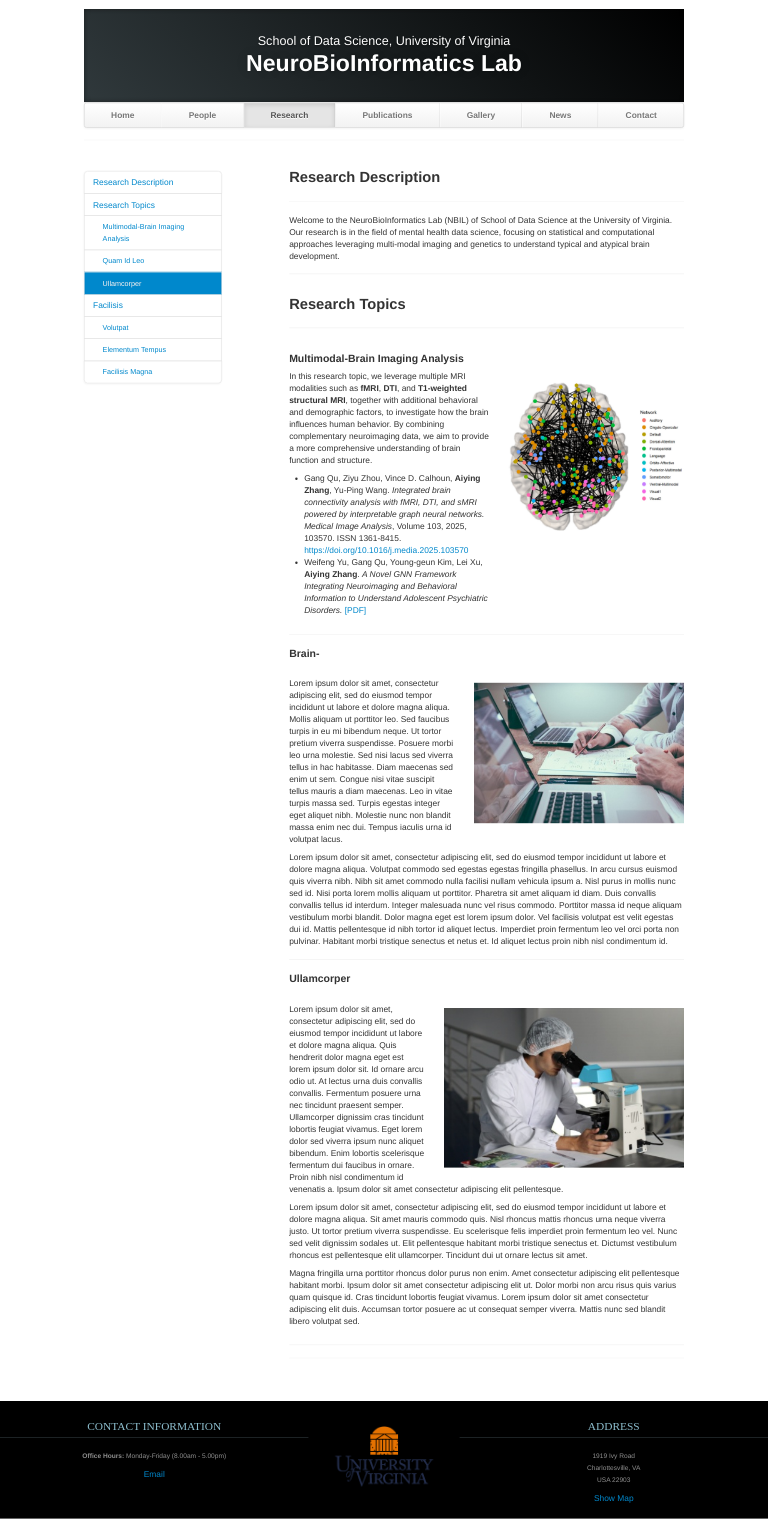
Repository: nbillab/nbillab.io
Page: research.html
An editor plug-in stored every save of this project. The page is shown before and after the next save, followed by the edit.
The browser window is 1280 px wide. The pictures show the whole page, at 60% of full size.

Above is the page before, as saved 2025-08-17 20:15:41.

### research.html
<!DOCTYPE html>
<html lang="en">
   <head>
      <meta charset="utf-8">
      <title>Research</title>
      <meta name="viewport" content="width=device-width, initial-scale=1.0">
      <meta name="description" content="Research Lab, Home, Velit Aliquet Sagittis University">
      <meta name="author" content="">
      <!-- Le styles -->
      <link href="css/bootstrap.min.css" rel="stylesheet">
      <link href="css/bootstrap-responsive.min.css" rel="stylesheet">
      <link href="css/theme.css" rel="stylesheet">
   </head>
   <body>
      <div class="container">
         <header class="jumbotron subhead" id="overview">
            <p class="lead"> School of Data Science, University of Virginia </p>
            <h1>NeuroBioInformatics Lab</h1>
         </header>
         <div class="masthead">
            <div class="navbar">
               <div class="navbar-inner">
                  <div class="container">
                     <ul class="nav">
                        <li><a href="index.html">Home</a></li>
                        <li><a href="people.html">People</a></li>
                        <li class="active"><a href="#">Research</a></li>
                        <li><a href="publications.html">Publications</a></li>
                        <li><a href="gallery.html">Gallery</a></li>
                        <li><a href="news.html">News</a></li>
                        <li><a href="contact.html">Contact</a></li>
                     </ul>
                  </div>
               </div>
            </div>
         </div>
         <hr>
         <div class="row-fluid">
            <div class="span3 bs-docs-sidebar" id="navparent">
               <ul class="nav nav-list bs-docs-sidenav" data-spy="affix" data-offset-top="200" data-offset-bottom="260">
                  <li><a href="#statemet"> Research Description </a></li>
                  <li><a href="#nano"> Research Topics </a></li>
                  <li><a class="subhead" href="#Penatibus"> Multimodal-Brain Imaging Analysis </a></li>
                  <li><a class="subhead" href="#QuamIdLeo"> Quam Id Leo  </a></li>
                  <li><a class="subhead" href="#Ullamcorper"> Ullamcorper </a></li>
                  <li><a href="#Facilisis">Facilisis</a></li>
                  <li><a class="subhead" href="#Volutpat"> Volutpat </a></li>
                  <li><a class="subhead" href="#ElementumTempus"> Elementum Tempus </a></li>
                  <li><a class="subhead" href="#FacilisisMagna"> Facilisis Magna </a></li>
               </ul>
            </div>
            <div class="span8 offset1">
               <section id="statemet">
                  <div class="page-header">
                     <h3>Research Description</h3>
                     <hr>
                     <p>Welcome to the NeuroBioInformatics Lab (NBIL) of School of Data Science at the University of Virginia.
                        Our research is in the field of mental health data science, focusing on statistical and computational approaches leveraging multi-modal imaging and genetics to understand typical and atypical brain development.
                     </p>
                  </div>
               </section>
               <section id="nano">
                  <div class="page-header">
                     <h3>Research Topics</h3>
                  </div>
                  <div class="row-fluid">
                     <div class="span12">
                     <section id="Penatibus">
                     <h4>Multimodal-Brain Imaging Analysis</h4>
                     <div style="display: flex; align-items: flex-start; gap: 20px;">
                        <div style="flex: 1;">
                           <p>
                           In this research topic, we leverage multiple MRI modalities such as
                           <strong>fMRI</strong>, <strong>DTI</strong>, and <strong>T1-weighted structural MRI</strong>,
                           together with additional behavioral and demographic factors, to investigate how the brain
                           influences human behavior. By combining complementary neuroimaging data, we aim to
                           provide a more comprehensive understanding of brain function and structure.
                           </p>
                           <ul>
                           <li>
                              Gang Qu, Ziyu Zhou, Vince D. Calhoun,
                              <strong>Aiying Zhang</strong>, Yu-Ping Wang.
                              <em>Integrated brain connectivity analysis with fMRI, DTI, and sMRI powered by interpretable graph neural networks.</em>
                              <i>Medical Image Analysis</i>, Volume 103, 2025, 103570.
                              ISSN 1361-8415.
                              <a href="https://doi.org/10.1016/j.media.2025.103570" target="_blank">https://doi.org/10.1016/j.media.2025.103570</a>
                           </li>
                           <li>
                              Weifeng Yu, Gang Qu, Young-geun Kim, Lei Xu, <strong>Aiying Zhang</strong>.
                              <em>A Novel GNN Framework Integrating Neuroimaging and Behavioral Information to Understand Adolescent Psychiatric Disorders.</em>
                              <a href="https://openreview.net/pdf?id=Yjv27GWb3n" target="_blank">[PDF]</a>
                           </li>
                           </ul>
                        </div>
                        <div style="flex: 0 0 300px;">
                           <img src="images/brain_conn.png" alt="Multimodal Brain Imaging" style="max-width:100%; height:auto;">
                        </div>
                     </div>
                     </section>
                        <hr>
                        <section id="QuamIdLeo">
                           <h4>Brain-</h4>
                           <br/>
                           <img src="images/brainstorming-paper.jpg" class="float-right" alt="Quam Id Leo"/>
                           <p>
                              Lorem ipsum dolor sit amet, consectetur adipiscing elit, sed do eiusmod
                              tempor incididunt ut labore et dolore magna aliqua. Mollis aliquam ut
                              porttitor leo. Sed faucibus turpis in eu mi bibendum neque. Ut tortor
                              pretium viverra suspendisse. Posuere morbi leo urna molestie. Sed nisi
                              lacus sed viverra tellus in hac habitasse. Diam maecenas sed enim ut sem.
                              Congue nisi vitae suscipit tellus mauris a diam maecenas. Leo in vitae
                              turpis massa sed. Turpis egestas integer eget aliquet nibh. Molestie
                              nunc non blandit massa enim nec dui. Tempus iaculis urna id volutpat lacus.
                           </p>
                           <p>
                              Lorem ipsum dolor sit amet, consectetur adipiscing elit, sed do eiusmod
                              tempor incididunt ut labore et dolore magna aliqua. Volutpat commodo sed
                              egestas egestas fringilla phasellus. In arcu cursus euismod quis viverra
                              nibh. Nibh sit amet commodo nulla facilisi nullam vehicula ipsum a. Nisl
                              purus in mollis nunc sed id. Nisi porta lorem mollis aliquam ut porttitor.
                              Pharetra sit amet aliquam id diam. Duis convallis convallis tellus id
                              interdum. Integer malesuada nunc vel risus commodo. Porttitor massa id
                              neque aliquam vestibulum morbi blandit. Dolor magna eget est lorem ipsum
                              dolor. Vel facilisis volutpat est velit egestas dui id. Mattis pellentesque
                              id nibh tortor id aliquet lectus. Imperdiet proin fermentum leo vel orci
                              porta non pulvinar. Habitant morbi tristique senectus et netus et. Id aliquet
                              lectus proin nibh nisl condimentum id.
                           </p>
                        </section>
                        <hr>
                        <section id="Ullamcorper">
                           <h4>Ullamcorper</h4>
                           <br/>
                           <img src="images/man-with-microscope.jpg" class="float-right" alt="Ullamcorper"/>
                           <p>
                              Lorem ipsum dolor sit amet, consectetur adipiscing elit, sed do
                              eiusmod tempor incididunt ut labore et dolore magna aliqua. Quis
                              hendrerit dolor magna eget est lorem ipsum dolor sit. Id ornare
                              arcu odio ut. At lectus urna duis convallis convallis. Fermentum
                              posuere urna nec tincidunt praesent semper. Ullamcorper dignissim
                              cras tincidunt lobortis feugiat vivamus. Eget lorem dolor sed
                              viverra ipsum nunc aliquet bibendum. Enim lobortis scelerisque
                              fermentum dui faucibus in ornare. Proin nibh nisl condimentum id
                              venenatis a. Ipsum dolor sit amet consectetur adipiscing elit
                              pellentesque.
                           </p>
                           <p>
                              Lorem ipsum dolor sit amet, consectetur adipiscing elit, sed
                              do eiusmod tempor incididunt ut labore et dolore magna aliqua.
                              Sit amet mauris commodo quis. Nisl rhoncus mattis rhoncus urna
                              neque viverra justo. Ut tortor pretium viverra suspendisse. Eu
                              scelerisque felis imperdiet proin fermentum leo vel. Nunc sed
                              velit dignissim sodales ut. Elit pellentesque habitant morbi
                              tristique senectus et. Dictumst vestibulum rhoncus est
                              pellentesque elit ullamcorper. Tincidunt dui ut ornare lectus
                              sit amet.
                           </p>
                           <p>
                              Magna fringilla urna porttitor rhoncus dolor purus non enim.
                              Amet consectetur adipiscing elit pellentesque habitant morbi.
                              Ipsum dolor sit amet consectetur adipiscing elit ut. Dolor morbi
                              non arcu risus quis varius quam quisque id. Cras tincidunt lobortis
                              feugiat vivamus. Lorem ipsum dolor sit amet consectetur adipiscing
                              elit duis. Accumsan tortor posuere ac ut consequat semper viverra.
                              Mattis nunc sed blandit libero volutpat sed.
                           </p>
                        </section>
                     </div>
                  </div>
               </section>
               <hr>

               <hr>
            </div>
         </div>
      </div>
      <footer id="footer">
         <div class="row-fluid">
            <div class="span5">
               <h3>Contact Information</h3>
               <p><b>Office Hours: </b>Monday-Friday (8.00am - 5.00pm)</p>
               <a href="mailto:xsa5db@virginia.edu">Email</a>
            </div>
            <div class="span2 text-center">
               <a href="https://datascience.virginia.edu/">
                  <img src="images/UVA.png" alt="research-lab-logo"/>
               </a>
            </div>
            <div class="span5">
               <h3>Address</h3>
               <p>1919 Ivy Road<br>
                  Charlottesville, VA<br>
                  USA 22903
               </p>
               <a href="http://maps.google.com/">Show Map</a>
            </div>
         </div>
      </footer>


      <!-- Le javascript
         ================================================== -->
      <!-- Placed at the end of the document so the pages load faster -->
      <script src="js/jquery-1.9.1.min.js"></script>
      <script src="js/bootstrap.min.js"></script>
      <script>
         $(document).ready(function() {
             $(document.body).scrollspy({
                 target: "#navparent"
             });
         });

      </script>
   </body>
</html>

Loaded but not shown: css/bootstrap.min.css (library); css/bootstrap-responsive.min.css (library); js/jquery-1.9.1.min.js (library); js/bootstrap.min.js (library); css/theme.css (552 lines, source omitted)

After the next save:
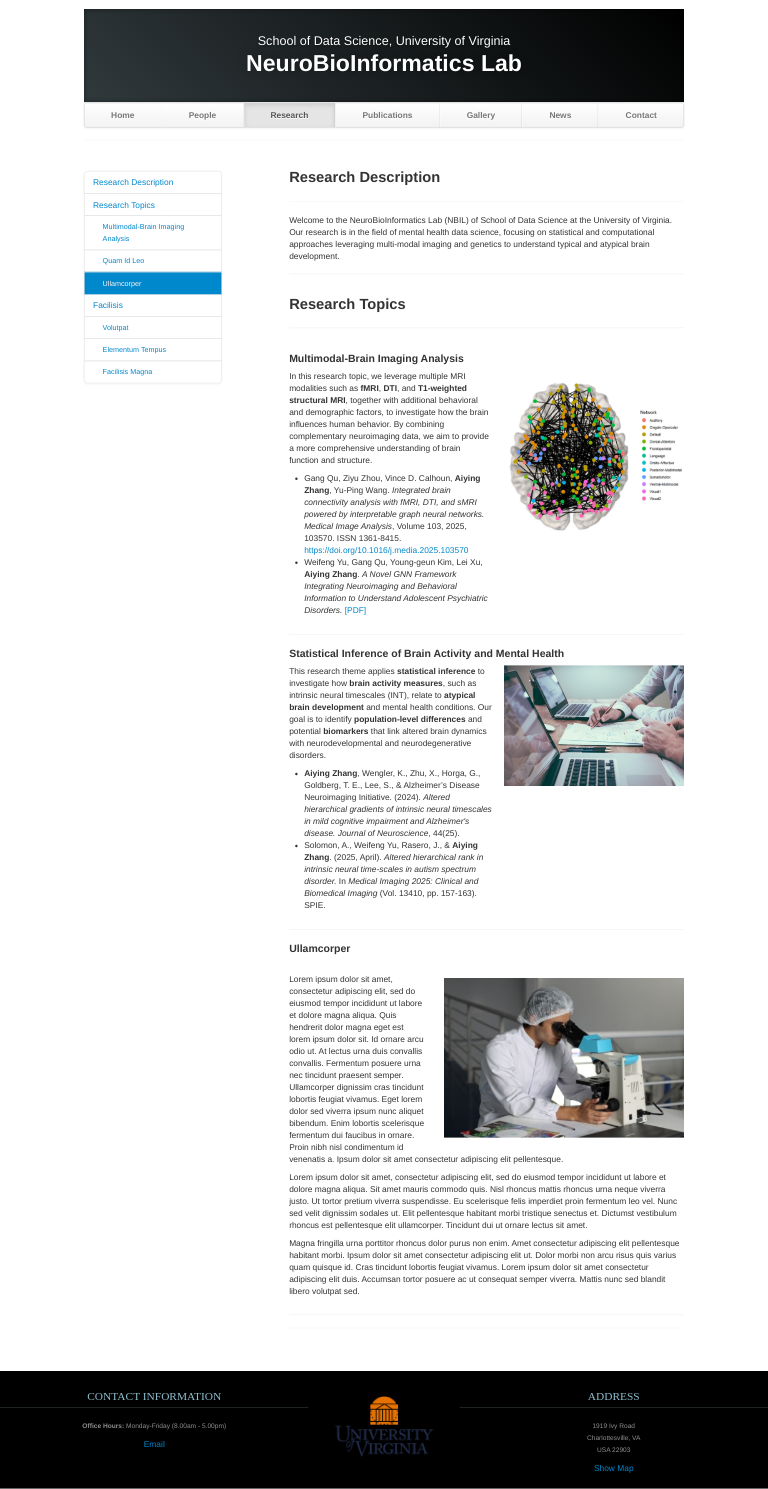
Saved 13 min 22 s later.
--- a/research.html
+++ b/research.html
@@ -98,35 +98,39 @@
                      </div>
                      </section>
                         <hr>
-                        <section id="QuamIdLeo">
-                           <h4>Brain-</h4>
-                           <br/>
-                           <img src="images/brainstorming-paper.jpg" class="float-right" alt="Quam Id Leo"/>
-                           <p>
-                              Lorem ipsum dolor sit amet, consectetur adipiscing elit, sed do eiusmod
-                              tempor incididunt ut labore et dolore magna aliqua. Mollis aliquam ut
-                              porttitor leo. Sed faucibus turpis in eu mi bibendum neque. Ut tortor
-                              pretium viverra suspendisse. Posuere morbi leo urna molestie. Sed nisi
-                              lacus sed viverra tellus in hac habitasse. Diam maecenas sed enim ut sem.
-                              Congue nisi vitae suscipit tellus mauris a diam maecenas. Leo in vitae
-                              turpis massa sed. Turpis egestas integer eget aliquet nibh. Molestie
-                              nunc non blandit massa enim nec dui. Tempus iaculis urna id volutpat lacus.
-                           </p>
-                           <p>
-                              Lorem ipsum dolor sit amet, consectetur adipiscing elit, sed do eiusmod
-                              tempor incididunt ut labore et dolore magna aliqua. Volutpat commodo sed
-                              egestas egestas fringilla phasellus. In arcu cursus euismod quis viverra
-                              nibh. Nibh sit amet commodo nulla facilisi nullam vehicula ipsum a. Nisl
-                              purus in mollis nunc sed id. Nisi porta lorem mollis aliquam ut porttitor.
-                              Pharetra sit amet aliquam id diam. Duis convallis convallis tellus id
-                              interdum. Integer malesuada nunc vel risus commodo. Porttitor massa id
-                              neque aliquam vestibulum morbi blandit. Dolor magna eget est lorem ipsum
-                              dolor. Vel facilisis volutpat est velit egestas dui id. Mattis pellentesque
-                              id nibh tortor id aliquet lectus. Imperdiet proin fermentum leo vel orci
-                              porta non pulvinar. Habitant morbi tristique senectus et netus et. Id aliquet
-                              lectus proin nibh nisl condimentum id.
-                           </p>
-                        </section>
+                     <section id="QuamIdLeo">
+                        <h4>Statistical Inference of Brain Activity and Mental Health</h4>
+                        <div style="display: flex; align-items: flex-start; gap: 20px;">
+                           <div style="flex: 1;">
+                              <p>
+                                 This research theme applies <strong>statistical inference</strong> to investigate how
+                                 <strong>brain activity measures</strong>, such as intrinsic neural timescales (INT),
+                                 relate to <strong>atypical brain development</strong> and mental health conditions.
+                                 Our goal is to identify <strong>population-level differences</strong> and potential
+                                 <strong>biomarkers</strong> that link altered brain dynamics with neurodevelopmental
+                                 and neurodegenerative disorders.
+                              </p>
+                              <ul>
+                                 <li>
+                                    <strong>Aiying Zhang</strong>, Wengler, K., Zhu, X., Horga, G., Goldberg, T. E., Lee, S.,
+                                    & Alzheimer’s Disease Neuroimaging Initiative. (2024).
+                                    <em>Altered hierarchical gradients of intrinsic neural timescales in mild cognitive impairment and Alzheimer's disease.</em>
+                                    <i>Journal of Neuroscience</i>, 44(25).
+                                 </li>
+                                 <li>
+                                    Solomon, A., Weifeng Yu, Rasero, J., & <strong>Aiying Zhang</strong>. (2025, April).
+                                    <em>Altered hierarchical rank in intrinsic neural time-scales in autism spectrum disorder.</em>
+                                    In <i>Medical Imaging 2025: Clinical and Biomedical Imaging</i> (Vol. 13410, pp. 157-163). SPIE.
+                                 </li>
+                              </ul>
+                           </div>
+                           <div style="flex: 0 0 300px;">
+                              <img src="images/brainstorming-paper.jpg" alt="Brain Activity and Mental Health" style="max-width:100%; height:auto;">
+                           </div>
+                        </div>
+                     </section>
+
+
                         <hr>
                         <section id="Ullamcorper">
                            <h4>Ullamcorper</h4>
